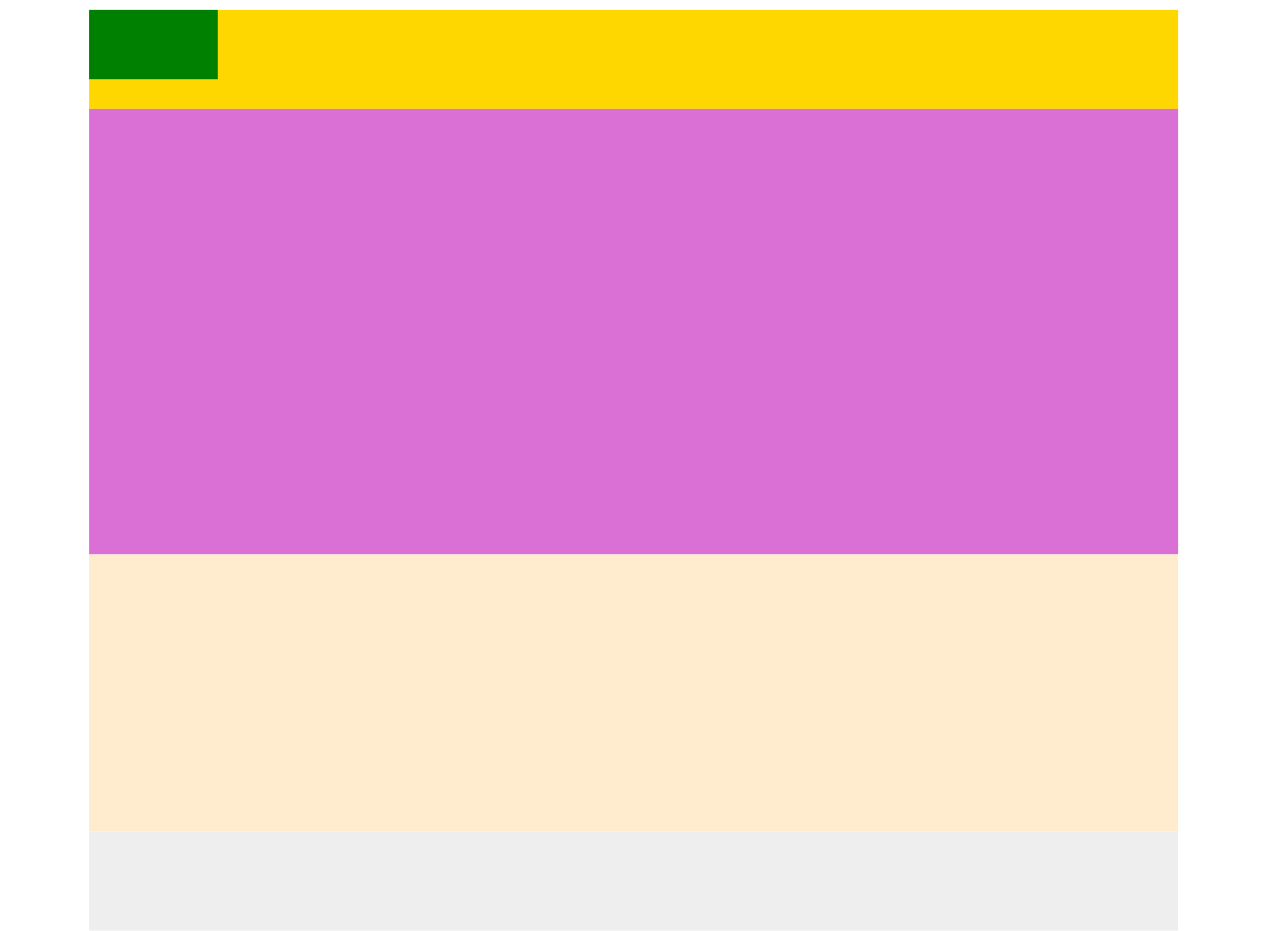
Repository: Hotmintchoco/SpringStudy
Page: HtmlTest/src/main/webapp/index4.html
These files come from the project's save history. The page is drawn as it stood at one moment and after the next save; the edit follows.
The browser window is 1280 px wide. The pictures show the whole page, at 99% of full size.

Above is the page before, as saved 2022-05-03 07:51:39.

### HtmlTest/src/main/webapp/index4.html
<!DOCTYPE html>
<html>
<head>
<meta charset="EUC-KR">
<title>Index4</title>

<style>
	body {
		margin: 0; padding: 0; font-family: "맑은 고딕";
	}
	ul, ol, li { list-style: none; margin: 0; padding: 0; }

	header {
		width: 1100px; height: 100px; margin: 0 auto; background-color: gold;
	}

	#logo {
		width: 130px; height: 70px; background-color: green;
		margin: 10px 0 10px 0;
	}

	#slider {
		width: 1100px; height: 450px; margin: 0 auto; background-color: #DA70D6;
	}

	section {
		width: 1100px; height: 280px; margin: 0 auto; background-color: #FFEBCD;
	}

	footer {
		width: 1100px; height: 100px; margin: 0 auto; background-color: #eee;
	}
</style>
</head>
<body>

	<header>
		<div id="logo"></div>
		<nav></nav>
	</header>

	<div id="slider"></div>

	<section></section>

	<footer></footer>

</body>
</html>

After the next save:
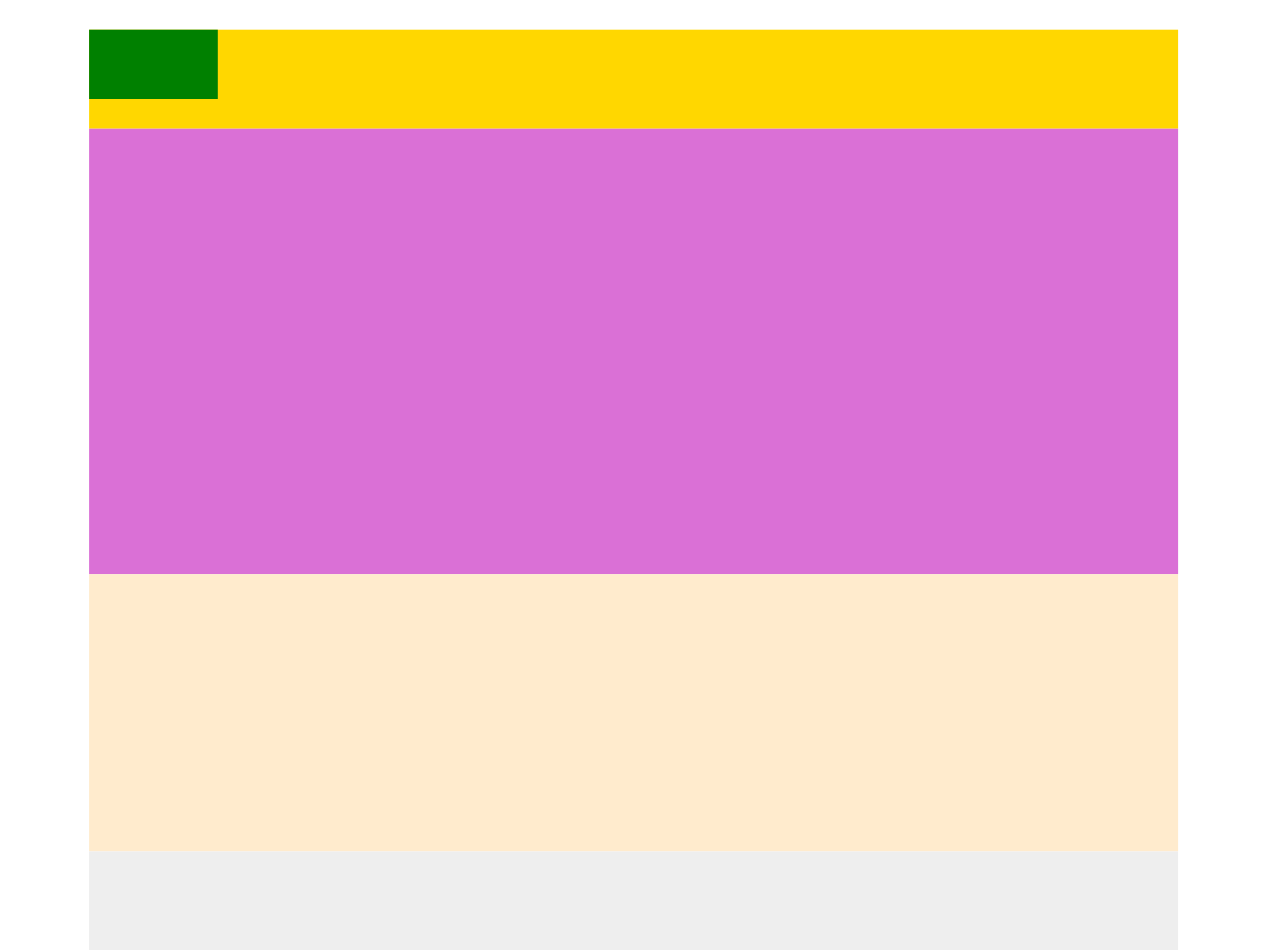
Saved 62 s later.
--- a/HtmlTest/src/main/webapp/index4.html
+++ b/HtmlTest/src/main/webapp/index4.html
@@ -16,7 +16,7 @@
 
 	#logo {
 		width: 130px; height: 70px; background-color: green;
-		margin: 10px 0 10px 0;
+		margin: 30px 0 30px 0;
 	}
 
 	#slider {
